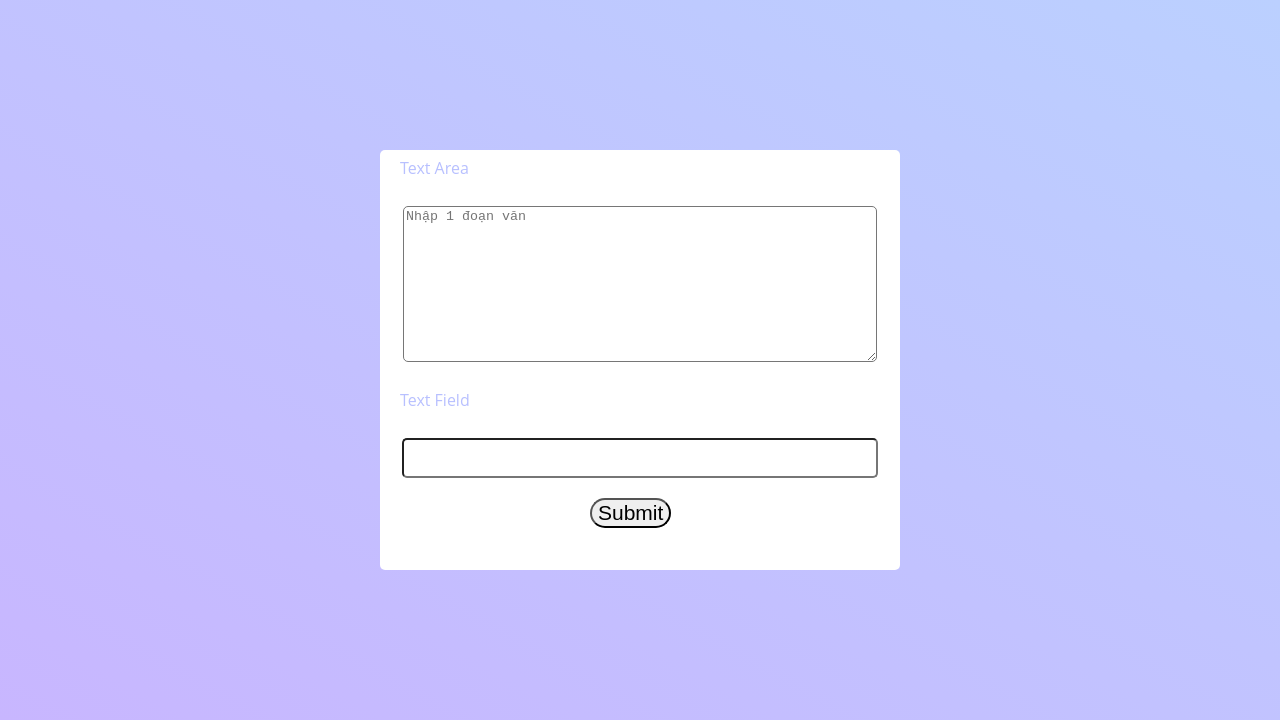
Repository: letrongtinh27/LapTrinhWeb
Page: Lab4.4/index.html
The author's editor kept a copy of each file at every save. The page is drawn from the files as they stood at one save, then again after the next save.
The browser window is 1280 px wide. The pictures show the whole page.

Above is the page before, as saved 2022-10-14 20:29:39.

### Lab4.4/index.html
<!DOCTYPE html>
<html lang="en">
<head>
    <meta charset="UTF-8">
    <meta http-equiv="X-UA-Compatible" content="IE=edge">
    <meta name="viewport" content="width=device-width, initial-scale=1.0">
    <title>Document</title>
    <link rel="stylesheet" href="./reset.css">
    <link rel="stylesheet" href="style.css">
</head>
<body>
    <div class="container">
        <h4>Text Area</h4>
        <div class="text-area">
            <textarea name="" id="text__area" cols="30" rows="10" placeholder="Nhập 1 đoạn văn"></textarea>
        </div>
        <h4>Text Field</h4>
        <div class="text-field">
            <input type="text" id="text__field">
        </div>

        <div class="btn-input"><button id="btn">Submit</button></div>
    </div>


    <script src="./main.js"></script>
</body>
</html>

### Lab4.4/style.css
body {
    font-family: 'Open Sans',sans-serif;
    width: 100%;
    height: 100vh;
    background-image: linear-gradient(to right top, #c8b6ff,#bbd0ff);
    display: flex;
    justify-content: center;
    align-items: center;
}

.container {
    width: 100%;
    max-width: 520px;
    height: 100%;
    max-height: 420px;
    background-color: #fff  ;
    border-radius: 5px;

}
.text-area {
    display: flex;
}
.text-area > textarea, .text-field > input{
    width: 90%;
    border-radius: 5px;
    margin: 20px auto;

}
.text-field{
    display: flex;
    height: 80px;
}
.btn-input{
    display: flex;
    margin: 0 auto;
    width: 100px;
    height: auto;
    font-weight: 800;

}

#btn {
    border-radius: 15px;
    cursor: pointer;
    font-size: 21px;
}

#btn:hover {
    background-color: #778da9;
}

h4 {
    margin: 10px 20px;
    color: #b8c0ff;
}

### Lab4.4/main.js
var button = document.getElementById('btn');
button.onclick = function(e) {
    var textArea = document.getElementById('text__area').value;
    var textFiled = document.getElementById('text__field').value;
    var count = textArea.split(textFiled).length -1;
    window.alert("số lần xuất hiện của " + textFiled + " là: "+ count);
}

Loaded but not shown: Lab4.4/reset.css (common file)

After the next save:
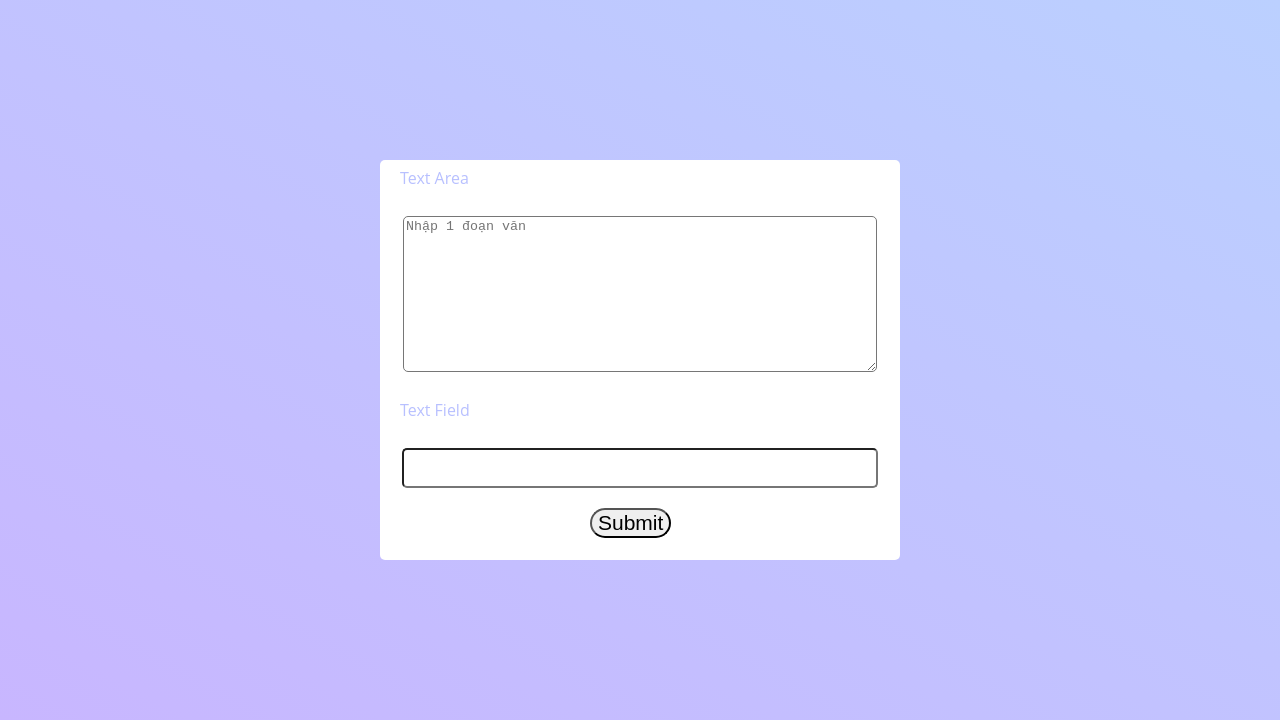
Saved 9 s later.
--- a/Lab4.4/style.css
+++ b/Lab4.4/style.css
@@ -12,7 +12,7 @@ body {
     width: 100%;
     max-width: 520px;
     height: 100%;
-    max-height: 420px;
+    max-height: 400px;
     background-color: #fff  ;
     border-radius: 5px;
 
